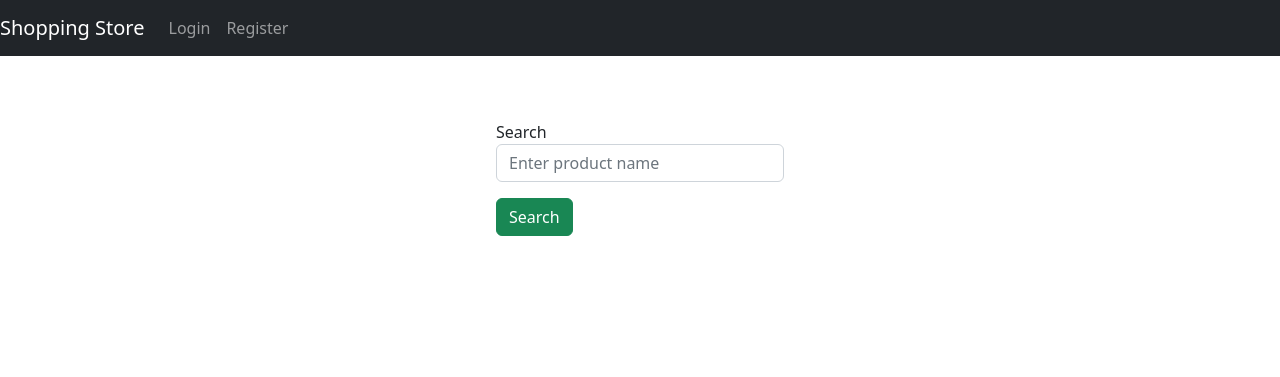
Repository: mayank-gupta0/nagarroproject
Page: http://localhost/SpringMvcServiceLayer/
The author's editor kept a copy of each file at every save. The page is drawn from the files as they stood at one save, then again after a run of saves.
The browser window is 1280 px wide. The pictures show the whole page.
The page is served by Tomcat 9. Nobody is signed in. The application's start-up code is not run. Other server files are loaded and not shown.

Above is the page before, as saved 2022-08-22 12:45:11.

### springmvcworkspace/SpringMvcServiceLayer/src/main/webapp/index.jsp
<html>
<head>
<link
	href="https://cdn.jsdelivr.net/npm/bootstrap@5.2.0/dist/css/bootstrap.min.css"
	rel="stylesheet"
	integrity="sha384-gH2yIJqKdNHPEq0n4Mqa/HGKIhSkIHeL5AyhkYV8i59U5AR6csBvApHHNl/vI1Bx"
	crossorigin="anonymous">
</head>
<body>
	<nav class="navbar navbar-expand-lg navbar-dark bg-dark">
		<a class="navbar-brand font-weight-bold" href="home">Shopping
			Store</a>
		<button class="navbar-toggler" type="button" data-toggle="collapse"
			data-target="#navbarSupportedContent"
			aria-controls="navbarSupportedContent" aria-expanded="false"
			aria-label="Toggle navigation">
			<span class="navbar-toggler-icon"></span>
		</button>

		<div class="collapse navbar-collapse" id="navbarSupportedContent">
			<ul class="navbar-nav mr-auto">
				<li class="nav-item"><a class="nav-link" href="login">Login</a></li>
				<li class="nav-item"><a class="nav-link" href="register">Register</a></li>

			</ul>
		</div>
	</nav>


	<div class="container w-25 p-3 mt-5">
		<form action="homepage" method="get">
			<div class="form-group">
				<label for="search">Search</label> <input type="text"
					class="form-control" placeholder="Enter product name" name="value">
			</div>
			<button type="submit" class="btn btn-success my-3">Search</button>

		</form>
	</div>

</body>
</html>

After the next 2 saves:
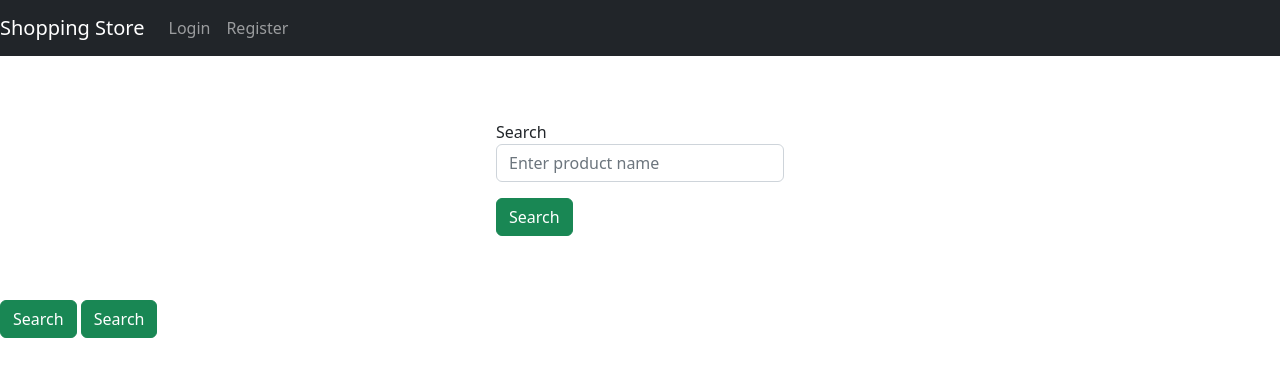
The 2 saves are shown as one change because they came seconds apart.
The last was saved 59 s later.
--- a/springmvcworkspace/SpringMvcServiceLayer/src/main/webapp/index.jsp
+++ b/springmvcworkspace/SpringMvcServiceLayer/src/main/webapp/index.jsp
@@ -38,5 +38,9 @@
 		</form>
 	</div>
 
+	<div>
+		<button type="submit" class="btn btn-success my-3">Search</button>
+		<button type="submit" class="btn btn-success my-3">Search</button>
+	</div>
 </body>
 </html>
